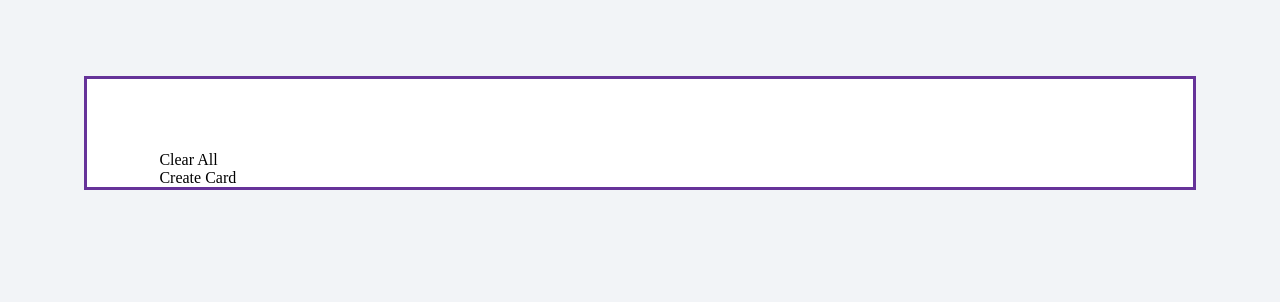
Repository: ReyhanehRahmani/TO-DO
Page: index.html
An editor plug-in stored every save of this project. The page is shown before and after the next save, followed by the edit.
The browser window is 1280 px wide. The pictures show the whole page.

Above is the page before, as saved 2025-06-07 22:09:22.

### index.html
<!DOCTYPE html>

<html lang="en">

    <head>

        <meta name="viewport" content="width=device-width, initial-scale=1.0" />

        <title>TO-DO</title>

        <link rel="icon" type="image/jpg" href="favicon.png">

        <link rel="stylesheet" href="style.css">

    </head>
    <body>
        <div id="main-card">
            <div id="content">
                <div id="title"></div>
                <div id="description"></div>
                <div id="buttons">
                    <div id="clear">Clear All</div>
                    <div id="creat">Create Card</div>
                </div>
            </div>
        </div>
    </body>

### style.css
body{
    background-color: #F2F4F7;
}



#main-card{
    margin-left: 6%;
    margin-right: 6%;
    margin-top: 6%;
    background-color: #FFFFFF;
    border: solid rebeccapurple;
}

#content{
    margin-right: 6.557377049%;
    margin-left: 6.557377049%;
    margin-top: 6.557377049%;
}

After the next save:
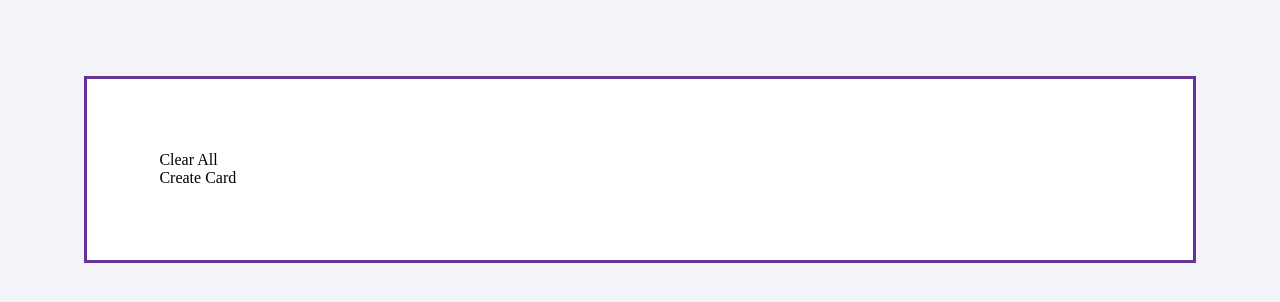
Saved 17 s later.
--- a/style.css
+++ b/style.css
@@ -16,4 +16,5 @@ body{
     margin-right: 6.557377049%;
     margin-left: 6.557377049%;
     margin-top: 6.557377049%;
+    margin-bottom: 6.557377049%;
 }
